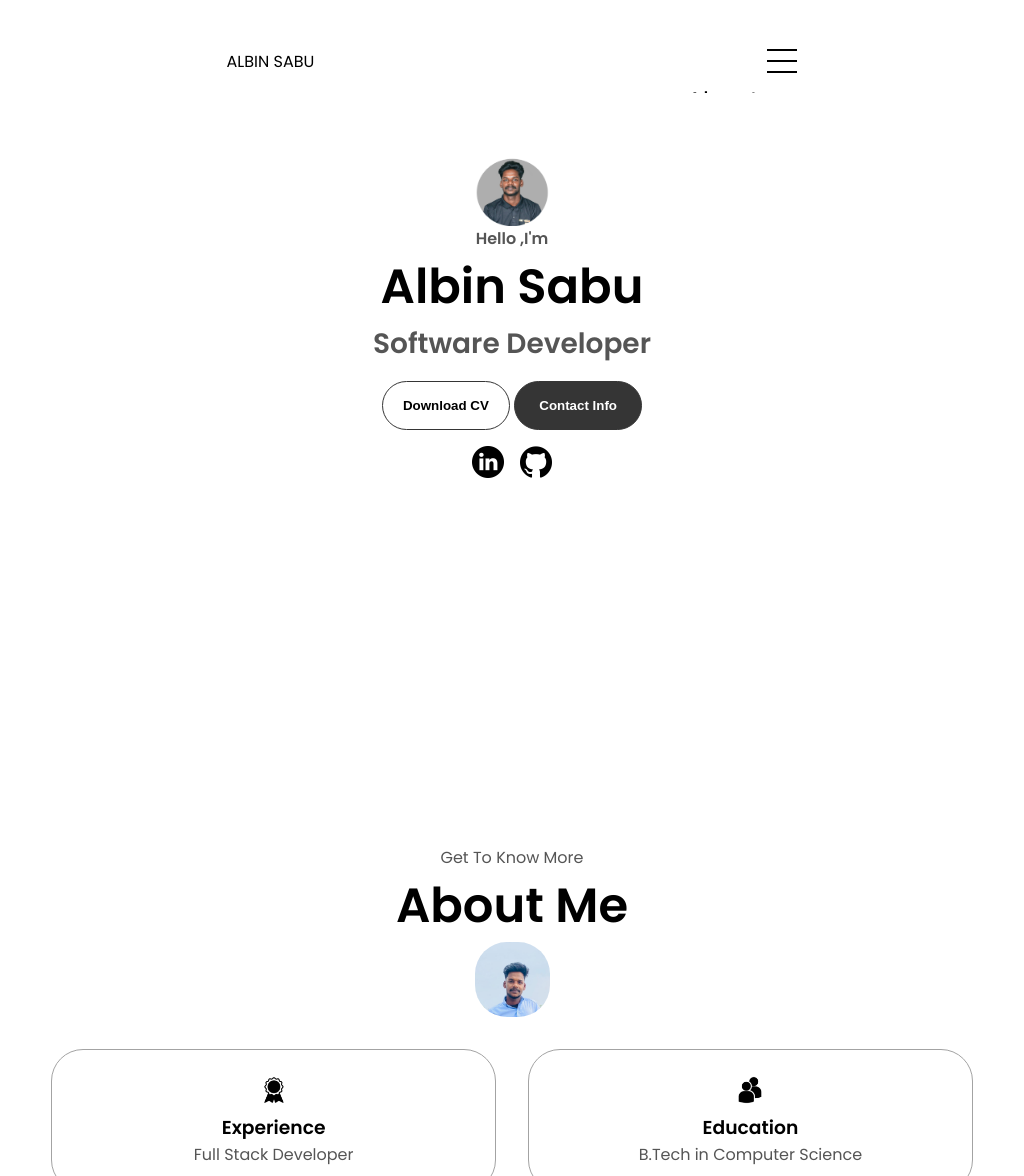
Repository: albinsabu2023/albinsabu
Page: index.html
An editor plug-in stored every save of this project. The page is shown before and after the next save, followed by the edit.
The browser window is 1024 px wide. The pictures show the part of the page from y = 0 to 1176 px (the page is 3278 px tall before and 3310 px after).
A picture or video elsewhere on the page could not be fetched, so the positions and the page height are approximate.

Above is the page before, as saved 2023-08-30 14:14:44.

After the next save:
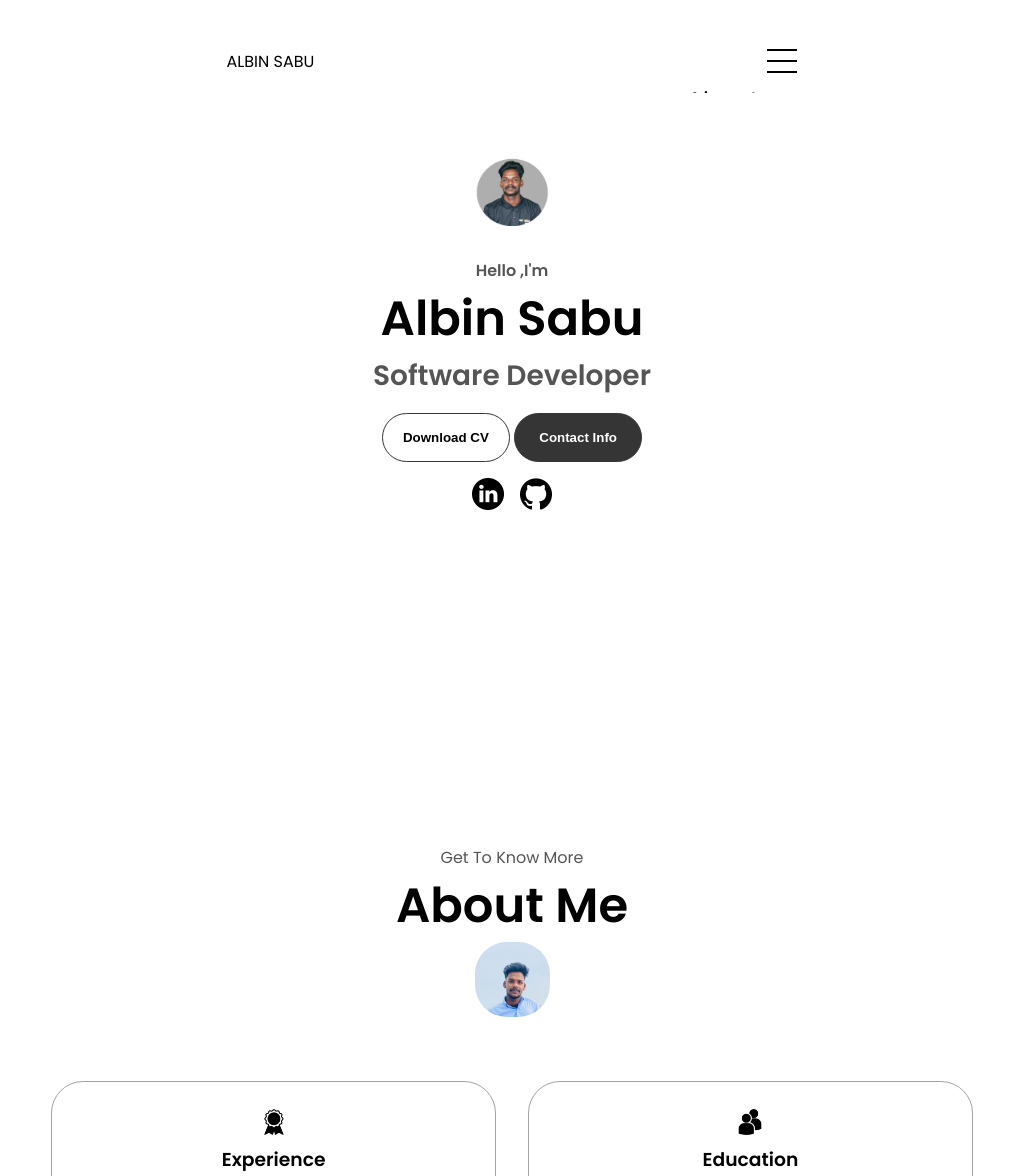
Saved 5 s later.
--- a/mediaqueries.css
+++ b/mediaqueries.css
@@ -35,7 +35,7 @@
     .section__pic-container{
         width: 75px;
         height: 75px;
-        margin: 0 auto;
+        margin: 0 auto 2rem;
     }
 
 }
